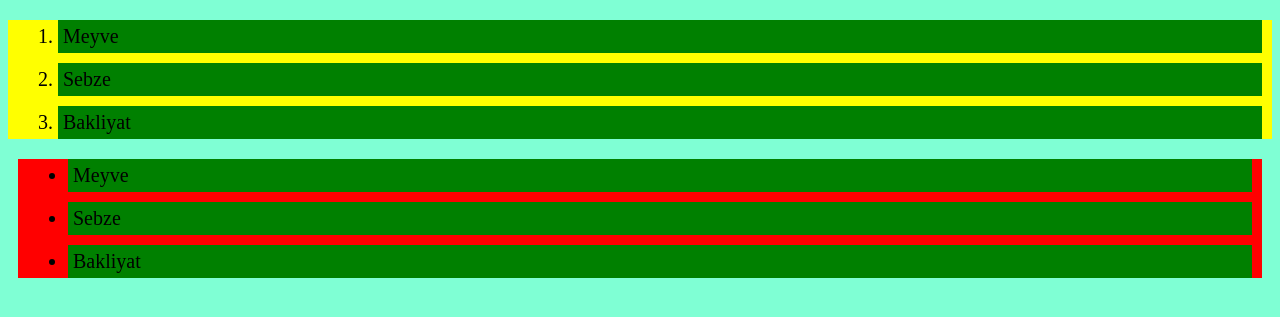
Repository: Kubraaygun/Html_Css_Login
Page: index.html
These files come from the project's save history. The page is drawn as it stood at one moment and after the next save; the edit follows.
The browser window is 1280 px wide. The pictures show the whole page.

Above is the page before, as saved 2025-03-04 18:02:05.

### index.html
<!DOCTYPE html>
<html lang="en">
  <head>
    <meta charset="UTF-8" />
    <meta name="viewport" content="width=device-width, initial-scale=1.0" />
    <title>HTML</title>
    <link rel="stylesheet" href="style.css" />
  </head>

  <body>
    <!-- Sirali Listemiz -->
    <ol>
      <li>Meyve</li>
      <li>Sebze</li>
      <li>Bakliyat</li>
    </ol>
    <!-- Sirasiz Listemiz -->
    <ul>
      <li>Meyve</li>
      <li>Sebze</li>
      <li>Bakliyat</li>
    </ul>
  </body>
</html>

### style.css
body {
  font-size: 20px;
  background-color: aquamarine;
}
.h1:hover {
  background-color: purple;
}
#h1:hover {
  color: purple;
}
.link:hover {
  text-decoration: none;
}

ol {
  background-color: yellow;
}

ul {
  background-color: red;
  margin: 10px;
}

li {
  background-color: green;
  margin: 10px;
  padding: 5px;
}

After the next save:
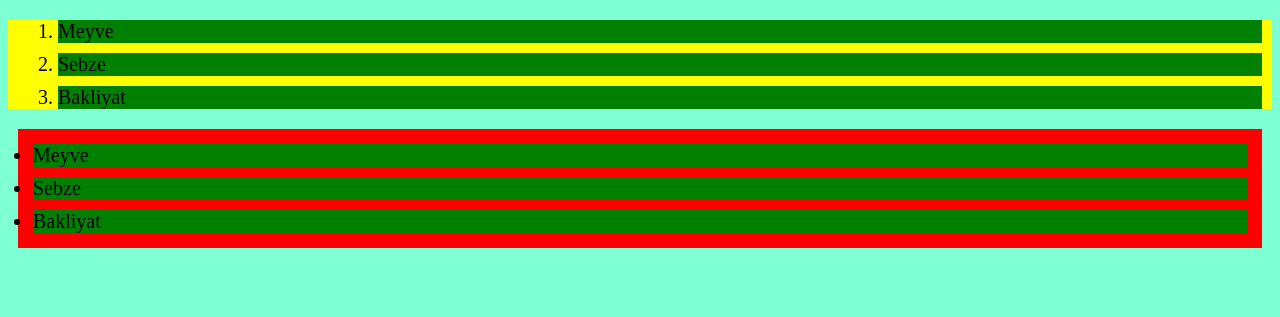
Saved 25 s later.
--- a/style.css
+++ b/style.css
@@ -19,10 +19,10 @@ ol {
 ul {
   background-color: red;
   margin: 10px;
+  padding: 5px;
 }
 
 li {
   background-color: green;
   margin: 10px;
-  padding: 5px;
 }
